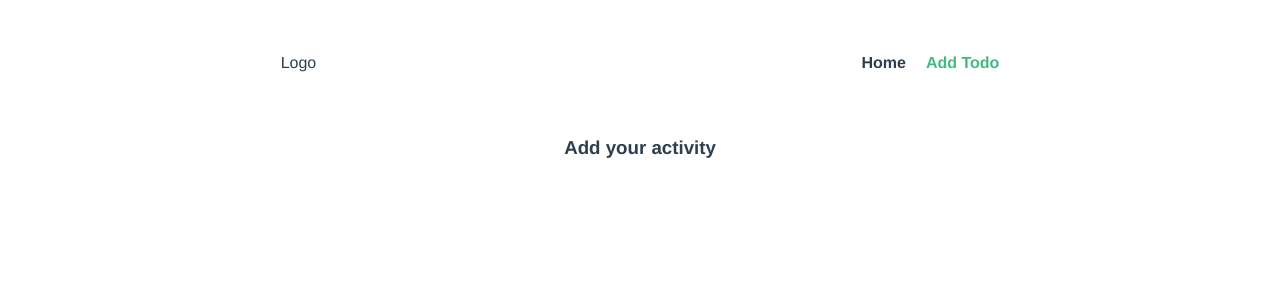
Repository: adisamicheal/academy-vuex-todo
Page: /add-todo
An editor plug-in stored every save of this project. The page is shown before and after the next save, followed by the edit.
The browser window is 1280 px wide. The pictures show the whole page.
The project was rebuilt for these pictures with package versions that can differ from the ones it lists, and the page was loaded fresh each time. Also part of the build but not shown: src/views/Home.vue.

Above is the page before, as saved 2021-11-01 10:32:05.

After the next save:
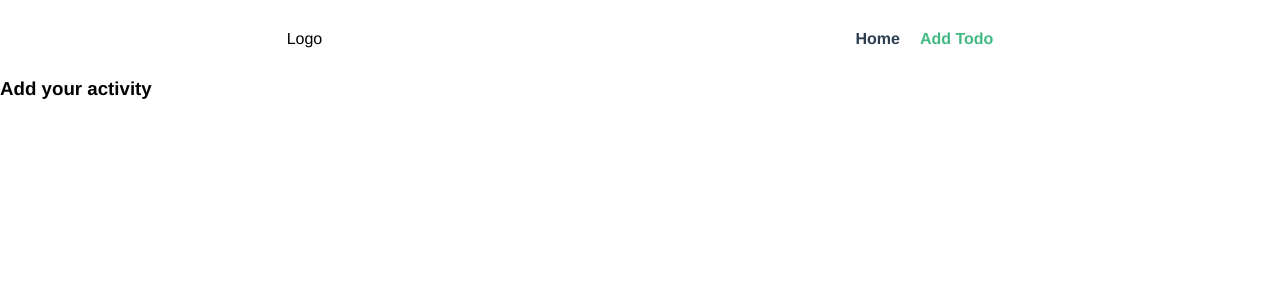
Saved 34 s later.
--- a/src/App.vue
+++ b/src/App.vue
@@ -18,12 +18,15 @@ export default {
 </script>
 
 <style>
+* {
+  margin: 0;
+  padding: 0;
+  box-sizing: border-box;
+}
 #app {
   font-family: Avenir, Helvetica, Arial, sans-serif;
   -webkit-font-smoothing: antialiased;
   -moz-osx-font-smoothing: grayscale;
-  text-align: center;
-  color: #2c3e50;
 }
 
 #nav {
